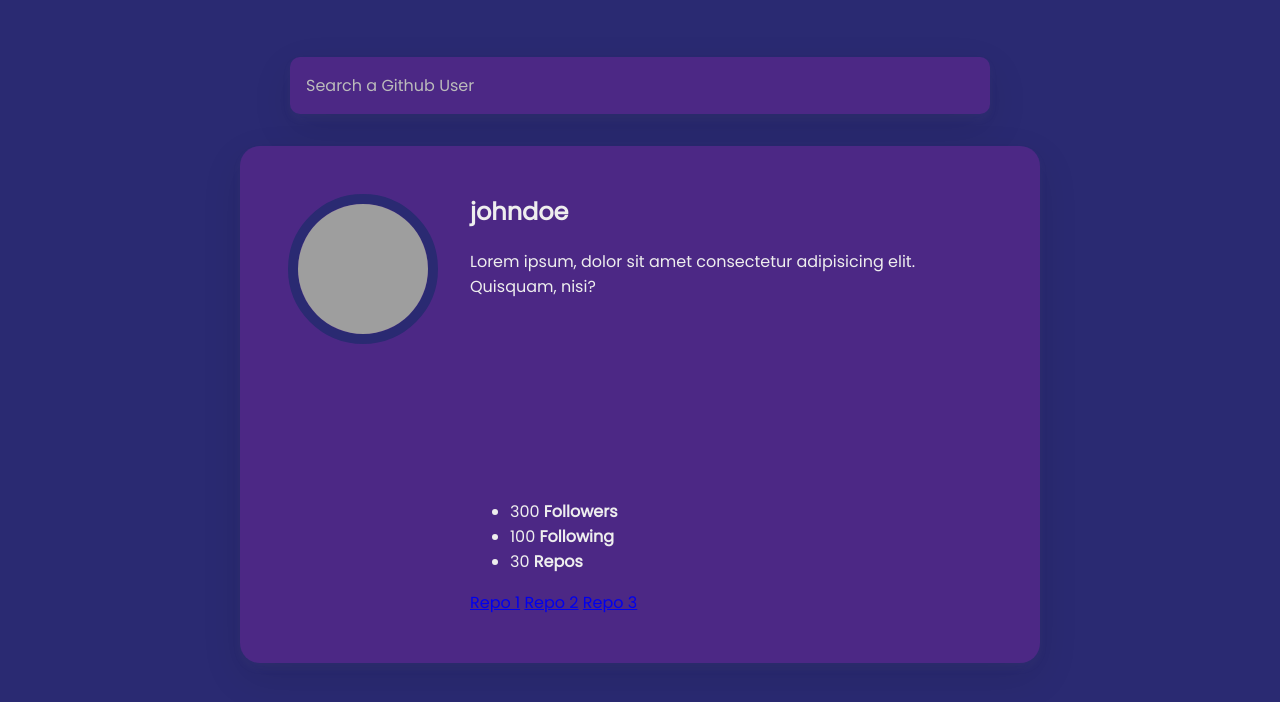
Repository: eagle-tex/50-projects-BT
Page: 28-github-profiles/index.html
An editor plug-in stored every save of this project. The page is shown before and after the next save, followed by the edit.
The browser window is 1280 px wide. The pictures show the whole page.
Pictures or frames that could not be fetched are drawn as grey boxes.

Above is the page before, as saved 2021-01-23 11:05:23.

### 28-github-profiles/index.html
<!DOCTYPE html>
<html lang="en">

<head>
  <meta charset="UTF-8" />
  <meta name="viewport" content="width=device-width, initial-scale=1.0" />
  <link rel="stylesheet" href="style.css" />
  <title>Github Profiles</title>
</head>

<body>
  <form class="user-form" id="form">
    <input type="text" id="search" placeholder="Search a Github User">
  </form>

  <main id="main">
    <div class="card">
      <div>
        <img src="https://randomuser.me/api/portraits/men/30.jpg" alt="" class="avatar">
      </div>
      <div class="user-info">
        <h2>johndoe</h2>
        <p>Lorem ipsum, dolor sit amet consectetur adipisicing elit. Quisquam, nisi?</p>

        <ul>
          <li>300 <strong>Followers</strong></li>
          <li>100 <strong>Following</strong></li>
          <li>30 <strong>Repos</strong></li>
        </ul>

        <div id="repos">
          <a href="#" class="repos">Repo 1</a>
          <a href="#" class="repos">Repo 2</a>
          <a href="#" class="repos">Repo 3</a>
        </div>

      </div>
    </div>
  </main>

  <script src="script.js"></script>
</body>

</html>

### 28-github-profiles/style.css
@import url('https://fonts.googleapis.com/css2?family=Poppins:wght@200;400&display=swap');

:root {
  --body-bg: #2a2a72;
  --form-bg: #4c2885;
}

* {
  box-sizing: border-box;
}

body {
  background-color: var(--body-bg);
  color: #fff;
  font-family: 'Poppins', sans-serif;
  display: flex;
  flex-direction: column;
  align-items: center;
  justify-content: center;
  height: 100vh;
  overflow: hidden;
  margin: 0;
}

.user-form {
  width: 100%;
  max-width: 700px;
}

.user-form input {
  width: 100%;
  display: block;
  background-color: var(--form-bg);
  border: none;
  border-radius: 10px;
  -webkit-border-radius: 10px;
  -moz-border-radius: 10px;
  -ms-border-radius: 10px;
  -o-border-radius: 10px;
  color: #fff;
  padding: 1rem;
  margin-bottom: 2rem;
  font-family: inherit;
  font-size: 1rem;
  box-shadow: 0 5px 10px rgba(154, 160, 185, 0.05),
    0 15px 40px rgba(0, 0, 0, 0.1);
}

.user-form input::placeholder {
  color: #bbb;
}

.user-form input:focus {
  outline: none;
}

.card {
  max-width: 800px;
  background-color: var(--form-bg);
  border-radius: 20px;
  -webkit-border-radius: 20px;
  -moz-border-radius: 20px;
  -ms-border-radius: 20px;
  -o-border-radius: 20px;
  box-shadow: 0 5px 10px rgba(154, 160, 185, 0.05),
    0 15px 40px rgba(0, 0, 0, 0.1);
  display: flex;
  padding: 3rem;
  margin: 0 1.5rem;
}

.avatar {
  border-radius: 50%;
  -webkit-border-radius: 50%;
  -moz-border-radius: 50%;
  -ms-border-radius: 50%;
  -o-border-radius: 50%;
  border: 10px solid var(--body-bg);
  height: 150px;
  width: 150px;
}

.user-info {
  color: #eee;
  margin-left: 2rem;
}

.user-info h2 {
  margin-top: 0;
}

.user-info ul {
  margin-top: 200px;
}

Loaded but not shown: 28-github-profiles/script.js (no copy from this time; the picture is the same without it)

After the next save:
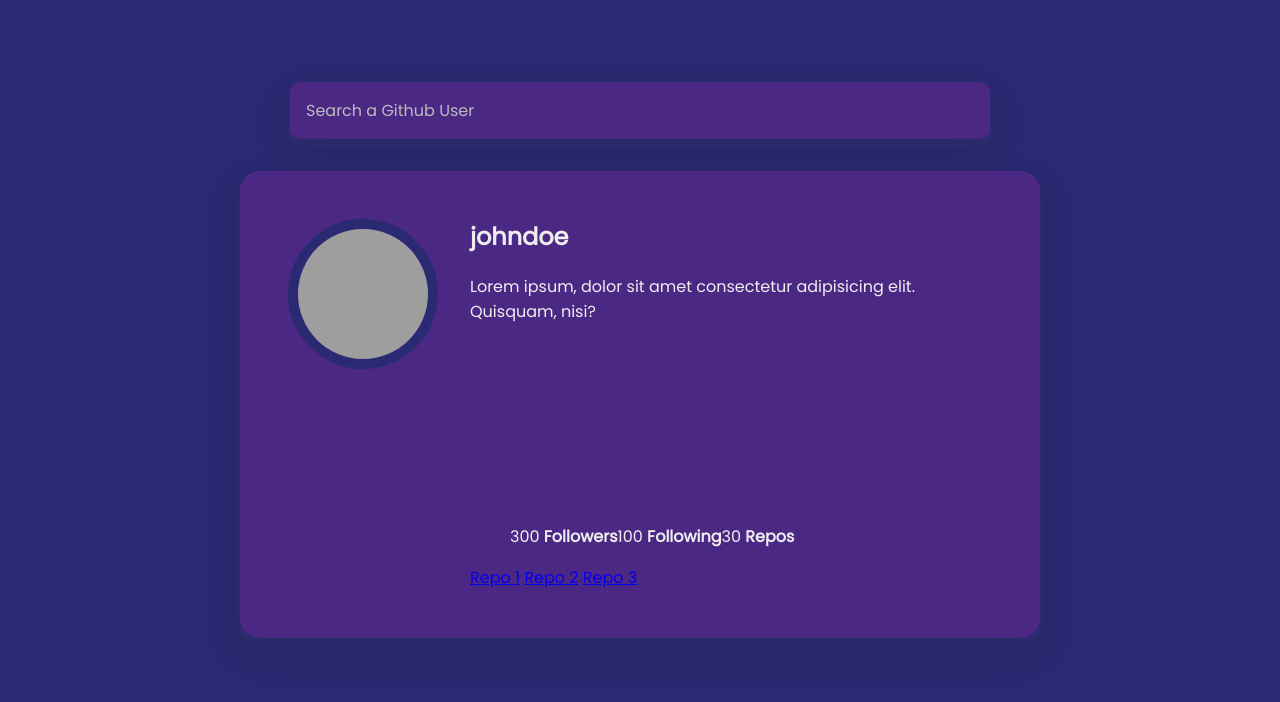
Saved 36 s later.
--- a/28-github-profiles/style.css
+++ b/28-github-profiles/style.css
@@ -90,5 +90,7 @@ body {
 }
 
 .user-info ul {
+  display: flex;
+  list-style-type: none;
   margin-top: 200px;
 }
